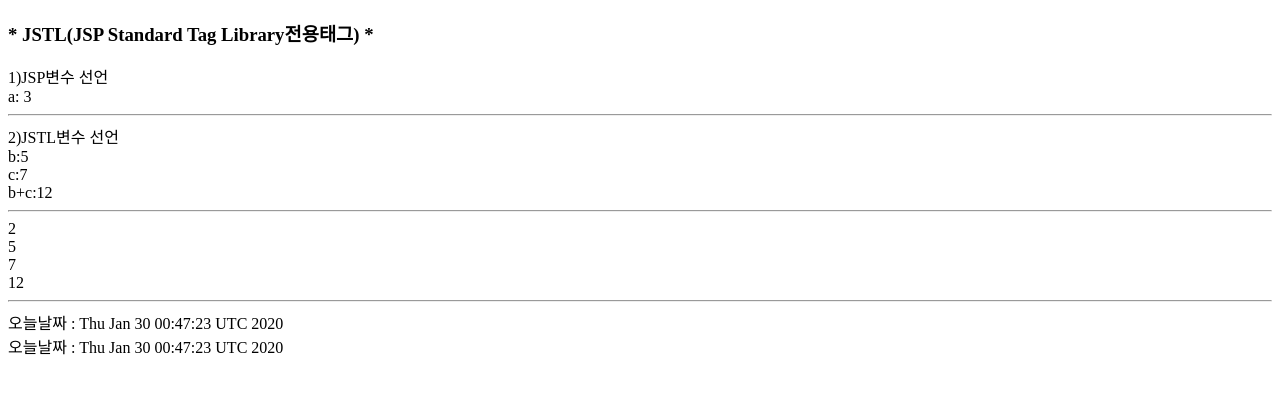
Repository: wlsgml0156/basicJava
Page: http://localhost/mvcTest/jstl/jstlTest1.jsp
The author's editor kept a copy of each file at every save. The page is drawn from the files as they stood at one save, then again after the next save.
The browser window is 1280 px wide. The pictures show the whole page.
The page is served by Tomcat 9.

Above is the page before, as saved 2020-01-30 03:12:44.

After the next save:
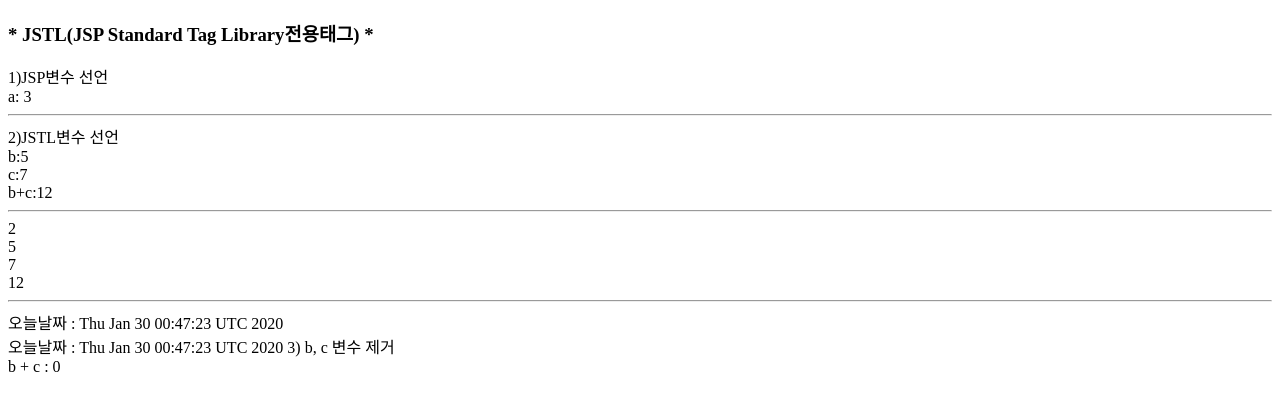
Saved 2 min 21 s later.
--- a/mvcTest/WebContent/jstl/jstlTest1.jsp
+++ b/mvcTest/WebContent/jstl/jstlTest1.jsp
@@ -36,11 +36,10 @@
   오늘날짜 : ${dt} <br>
   오늘날짜 : <c:out value="${dt}"></c:out>
 
-
-
-
-
-
+  3) b, c 변수 제거<br>
+  <c:remove var="b"/>
+  <c:remove var="c"/>
+  b + c : ${b+c}
 
 </body>
 </html>
